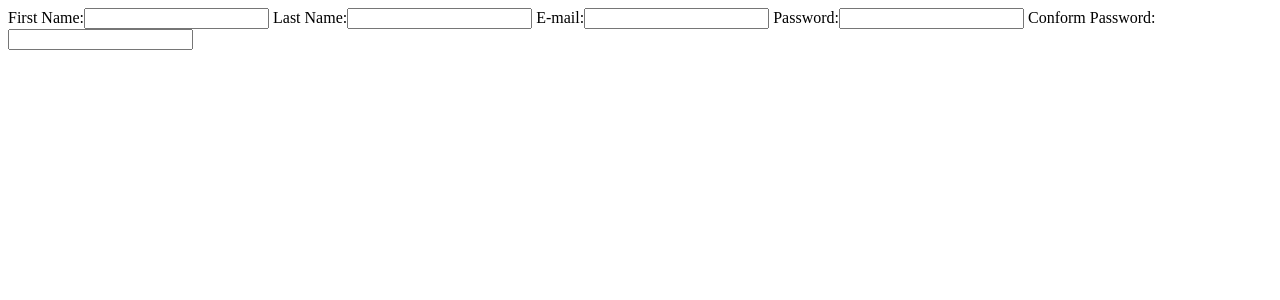
Repository: iamvinayhv/Servlets
Page: App2/WebContent/ html/register.html
An editor plug-in stored every save of this project. The page is shown before and after the next save, followed by the edit.
The browser window is 1280 px wide. The pictures show the whole page.

Above is the page before, as saved 2017-03-04 04:19:47.

### App2/WebContent/ html/register.html
<!DOCTYPE html>
<html>
<head>
<meta charset="UTF-8">
<title>Register</title>
</head>
<body>
<form action="reg" method="post">
First Name:<input type="text" name="fname">
Last Name:<input type="text" name="lname">
E-mail:<input type="text" name="mail">
Password:<input type="password" name="pwd">
Conform Password:<input type="text" name="conform">


</form>
</body>
</html>

After the next save:
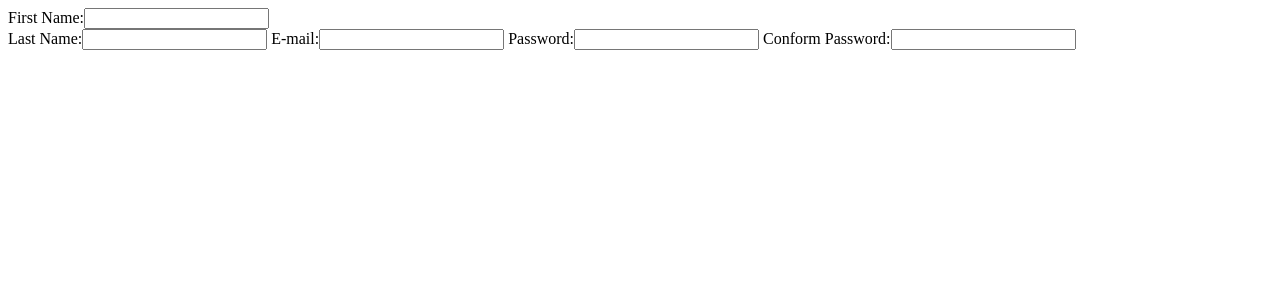
Saved 16 s later.
--- a/App2/WebContent/ html/register.html
+++ b/App2/WebContent/ html/register.html
@@ -6,7 +6,7 @@
 </head>
 <body>
 <form action="reg" method="post">
-First Name:<input type="text" name="fname">
+First Name:<input type="text" name="fname"><br/>
 Last Name:<input type="text" name="lname">
 E-mail:<input type="text" name="mail">
 Password:<input type="password" name="pwd">
